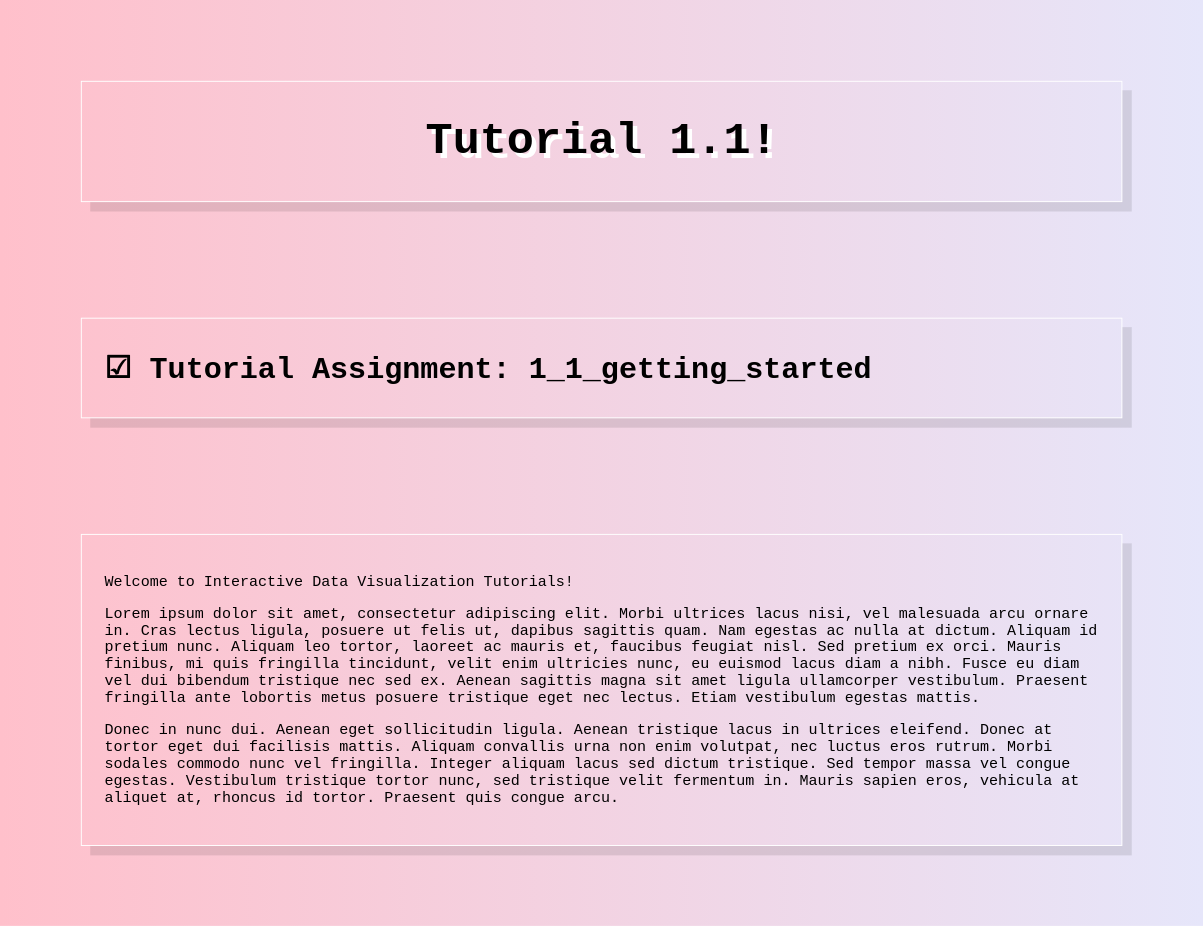
Repository: lisjak/Interactive-Data-Vis-Fall2022
Page: 1_1_getting_started/index.html
The author's editor kept a copy of each file at every save. The page is drawn from the files as they stood at one save, then again after the next save.
The browser window is 1280 px wide. The pictures show the whole page, at 94% of full size.
Some web fonts or font styles are not loaded; a fallback is used.

Above is the page before, as saved 2022-09-04 22:02:03.

After the next save:
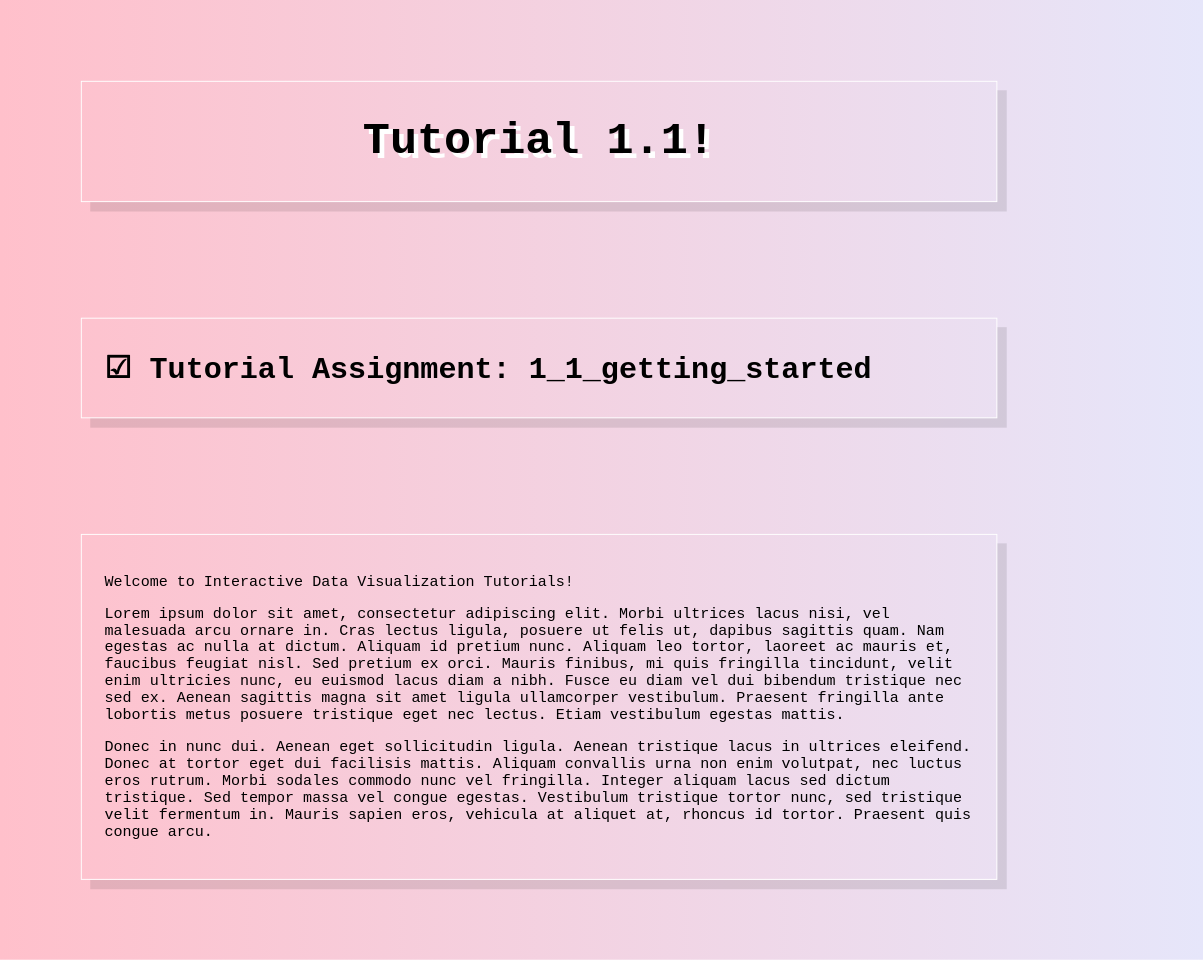
Saved 32 s later.
--- a/1_1_getting_started/style.css
+++ b/1_1_getting_started/style.css
@@ -8,7 +8,7 @@ body {
 }
 
 div {
-    /* min-width: 100%; */
+    width: 75%;
     align-items: center;
     justify-content: center;
     border: 1px solid white;
